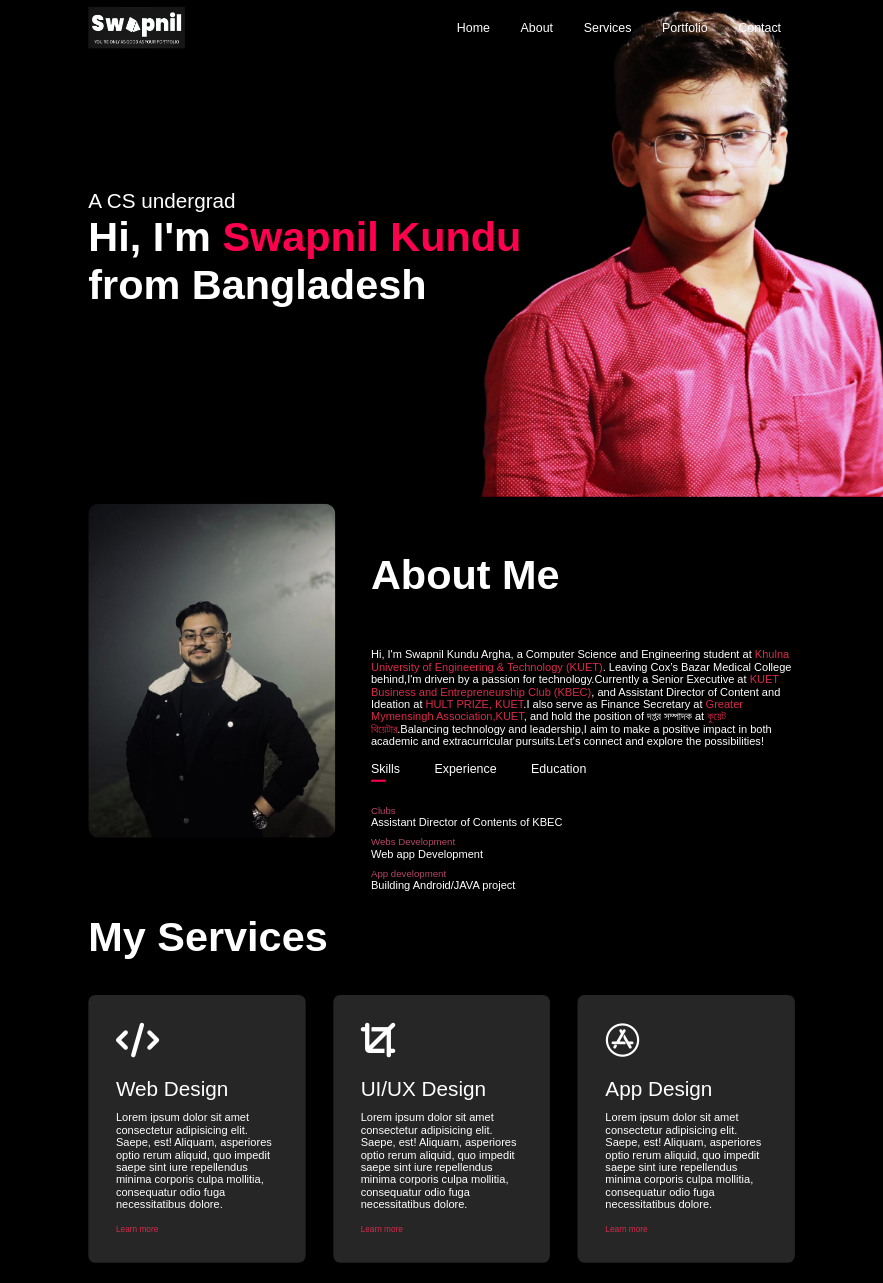
Repository: SwapnilKundu/portfolio
Page: index.html
These files come from the project's save history. The page is drawn as it stood at one moment and after the next save; the edit follows.
The browser window is 1280 px wide. The pictures show the whole page, at 69% of full size.
Some web libraries are served in a nearby version.

Above is the page before, as saved 2024-01-20 10:29:27.

### index.html
<!DOCTYPE html>
<html lang="en">
<head>
    <meta charset="UTF-8">
    <meta name="viewport" content="width=device-width, initial-scale=1.0">
    <title>Personal Portfolio Website</title>
    <link rel="stylesheet" href="style.css">
    <script src="https://kit.fontawesome.com/74456a4746.js" crossorigin="anonymous"></script>
</head>
<body>
  <div id="header">
    <div class="container">
        <nav>
            <img src="images/logo1.png" class="logo" width="40" height="60">
            <ul>
                <li><a href ="#">Home</a></li>
                <li><a href ="#">About</a></li>
                <li><a href ="#">Services</a></li>
                <li><a href ="#">Portfolio</a></li>
                <li><a href ="#">Contact</a></li>
            </ul>
        </nav>
        <div class="header-text">
            <p>A CS undergrad </p>
            <h1>Hi, I'm <span>Swapnil Kundu</span> <br> from Bangladesh</h1>
        </div>
    </div>
  </div>





  <div id="about">
    <div class="container">
        <div class="row">
            <div class="about-col-1">
                <img src="images/Aboutme4.jpg" alt="Profile Image">
            </div>
            <div class="about-col-2">
                <h1 class="sub-title"><br>About Me</h1>
                <p>
                    <br><br><br><br>Hi, I'm Swapnil Kundu Argha, a Computer Science and Engineering student at <a href="http://www.kuet.ac.bd/" target="_blank">Khulna University of Engineering & Technology (KUET)</a>. Leaving Cox’s Bazar Medical College behind,I'm driven by a passion for technology.Currently a Senior Executive at <a href="https://www.facebook.com/KBEC.official">KUET Business and Entrepreneurship Club (KBEC)</a>, and Assistant Director of Content and Ideation at <a href="https://scontent.fjsr8-1.fna.fbcdn.net/v/t39.30808-6/414475463_878653704262850_605489790676270348_n.jpg?_nc_cat=106&ccb=1-7&_nc_sid=dd5e9f&_nc_eui2=AeG7qaCzWQGluZMTMKWtrD6ipcnI0dawWuilycjR1rBa6PLkHzdtJERiOyrmRQaxy3TT_q5vz9qIQ5m4l8xfiGP6&_nc_ohc=qg8Pu4EAUVYAX9avaA_&_nc_ht=scontent.fjsr8-1.fna&oh=00_AfBZ6Lqa5248mqS64WxhR3KxGRhN1UCrqkgUgA0V5dsZlw&oe=65AF45DF">HULT PRIZE, KUET</a>.I also serve as Finance Secretary at <a href="#link-to-GMA">Greater Mymensingh Association,KUET</a>, and hold the position of দপ্তর সম্পাদক at <a href="#link-to-theater">কুয়েট থিয়েটার</a>.Balancing technology and leadership,I aim to make a positive impact in both academic and extracurricular pursuits.Let's connect and explore the possibilities!
                </p>

                <div class="tab-titles">
                    <p class="tab-links active" onclick="opentab('skills')">Skills</p>
                    <p class="tab-links" onclick="opentab('experience')">Experience</p>
                    <p class="tab-links"onclick="opentab('education')">Education</p>
            </div>
            <div class="tab-contents active-tab"id ="skills">
                <ul>
                    <li><span>Clubs</span><br>Assistant Director of Contents of KBEC</li>
                    <li><span>Webs Development</span><br>Web app Development</li>
                    <li><span>App development</span><br>Building Android/JAVA project</li>
                </ul>
            </div>
            <div class="tab-contents" id ="experience">
                <ul>
                    <li><span>2022-Current</span><br>An Active member of KBEC</li>
                    <li><span>2023-Semester 2.2</span><br>App Development by JAVA</li>
                    <li><span>2024-Semester 3.1</span><br>Web Development by HTML,CSS,JAVA</li>
                    <li><span>2022-Current</span><br>An Active member of KBEC</li>

                </ul>
            </div>

            <div class="tab-contents" id ="education">
                <ul>
                    <li><span>2018</span><br>SSC from Mymensingh Zilla School,Mymensingh</li>
                        <li><span>2020</span><br>HSC from Ananda Mohan College,Mymensingh</li>
                        <li><span>From March,2022</span><br>Currently studying BSc in CSE department</li>
                </ul>
            </div>
        </div>
    </div>
  </div>




  <div id="Services">
    <div class ="container">
    <h1 class="sub-title">My Services</h1>
    <div class ="services-list">

        <div>
            <i class="fa-solid fa-code"></i>
            <h2>
                Web Design
            </h2>
            <p>Lorem ipsum dolor sit amet consectetur adipisicing elit. Saepe, est! Aliquam, asperiores optio rerum aliquid, quo impedit saepe sint iure repellendus minima corporis culpa mollitia, consequatur odio fuga necessitatibus dolore.

            </p>
            <a href="#">Learn more</a>
        </div>
        <div>
            <i class="fa-solid fa-crop"></i>
            <h2>
                UI/UX Design
            </h2>
            <p>Lorem ipsum dolor sit amet consectetur adipisicing elit. Saepe, est! Aliquam, asperiores optio rerum aliquid, quo impedit saepe sint iure repellendus minima corporis culpa mollitia, consequatur odio fuga necessitatibus dolore.

            </p>
            <a href="#">Learn more</a>
        </div>
        <div>
            <i class="fa-brands fa-app-store"></i>
            <h2>

                App Design
            </h2>
            <p>Lorem ipsum dolor sit amet consectetur adipisicing elit. Saepe, est! Aliquam, asperiores optio rerum aliquid, quo impedit saepe sint iure repellendus minima corporis culpa mollitia, consequatur odio fuga necessitatibus dolore.

            </p>
            <a href="#">Learn more</a>
        </div>
        </div>
    </div>
  </div>




<div id="portfolio">
    <div class="container">
        <h1 class="sub-title"></h1>
    </div>
</div>


  <script>
    var tablinks = document.querySelectorAll(".tab-links");
    var tabcontents = document.querySelectorAll(".tab-contents");

    function opentab(tabname) {
        for (tablink of tablinks) {
            tablink.classList.remove("active-link");
        }

        for (tabcontent of tabcontents) {
            tabcontent.classList.remove("active-tab");
        }

        var activeTab = document.getElementById(tabname);
        activeTab.classList.add("active-tab");

        var activeLink = document.querySelector(`.tab-links[data-tab="${tabname}"]`);
        activeLink.classList.add("active-link");
    }
</script>

</body>
</html>

### style.css
*
{
    margin: 0;
    padding: 0;
    font-family: 'Poppins',sans-serif;
    box-sizing: border-box;
}

body
{
    background: #000;
    color: #fff;
}
#header
{
    width: 100%;
    height: 100vh;
    background-image: url(images/ccc2.png);
    background-size: cover;
    background-position: left;
    background-repeat: no-repeat;
    overflow: hidden;
}
.container
{
padding: 10px 10%;
}
nav{
    display: flex;
    align-items: center;
    justify-content: space-between;
    flex-wrap: wrap;
}
.logo{
    width: 140px;
}

nav ul li{
    display:inline-block;
    list-style: none;
    margin: 10px 20px;

}
nav ul li a{
    color: #fff;
    text-decoration:none ;
    font-size: 18px;
    position: relative;
}

nav ul li a::after
{
    content: '';
    width:0;
    height:3px;
    background:#ff004f;
    position: absolute;
    left: 0;
    bottom: -6px;
    transition: 0.5s;

}
nav ul li a:hover::after
{
    width:100%;
}
.header-text{
    margin-top: 20%;
    font-size: 30px;
}
.header-text h1
{
    font-size:60px;
}
.header-text h1 span
{
    color:#ff004f;
}

#about a {
    color: #db2a4a;
    text-decoration: none;
}

#about a:hover {
    color: #ababab;
}
.row
{
    display: flex;
    justify-content: space-between;
    flex-wrap: wrap;
}

.about-col-1{
    flex-basis:35%;
}
.about-col-1 img
{
    width: 100%;
    border-radius: 15px;
}

.about-col-2
{
    flex-basis: 60%;
}

.sub-title
{
    font-size:60px;
    font-weight:600;
    color:#fff;
}

.tab-titles {
    display: flex;
    margin: 20px 0 40px;
}

.tab-links {
    margin-right: 50px;
    font-size: 18px;
    font-weight: 500;
    cursor: pointer;
    position: relative;
    color: #fff;
    text-decoration: none;
    transition: color 0.5s;
}

.tab-links::after {
    content: '';
    width: 0;
    height: 3px;
    background: #ff004f;
    position: absolute;
    left: 0;
    bottom: -8px;
    transition: 0.5s;
}

.tab-links:hover {
    color: #ff004f; /* Change the color on hover */
}

.tab-links.active::after {
    width: 50%;
}
.tab-contents ul li
{
    list-style:none;
    margin:10px 0;
}
.tab-contents ul li span
{
    color:#b54769;
    font-size: 14px;
}
.tab-contents
{
    display: none;
}
.tab-contents.active-tab
{
    display: block;
}




#services-list
{

    padding :30px 0;
}
.services-list
{
    display:grid;
    grid-template-columns: repeat(auto-fit,minmax(250px, 1fr));
    grid-gap:40px;
    margin-top: 50px;
}
.services-list div{
    background:#262626;
    padding: 40px;
    font: size 13px;
    font-weight: 300;
    border-radius:10px;
    transition: background 0.5s,transform 0.5s;
}
.services-list div i
{
    font-size: 50px;
    margin-bottom: 30px;
}
.services-list div h2
{
    font-size:  30px;
    font-weight: 500;
    margin-bottom:15px;

}
.services-list div a{
    text-decoration: none;
    color:#fff;
    font-size: 12px;
    margin-top: 20px;
    display: inline-block;
}
.services-list div:hover
{
    background:#ff004f;
    transform: translateY(-10px);
}

After the next save:
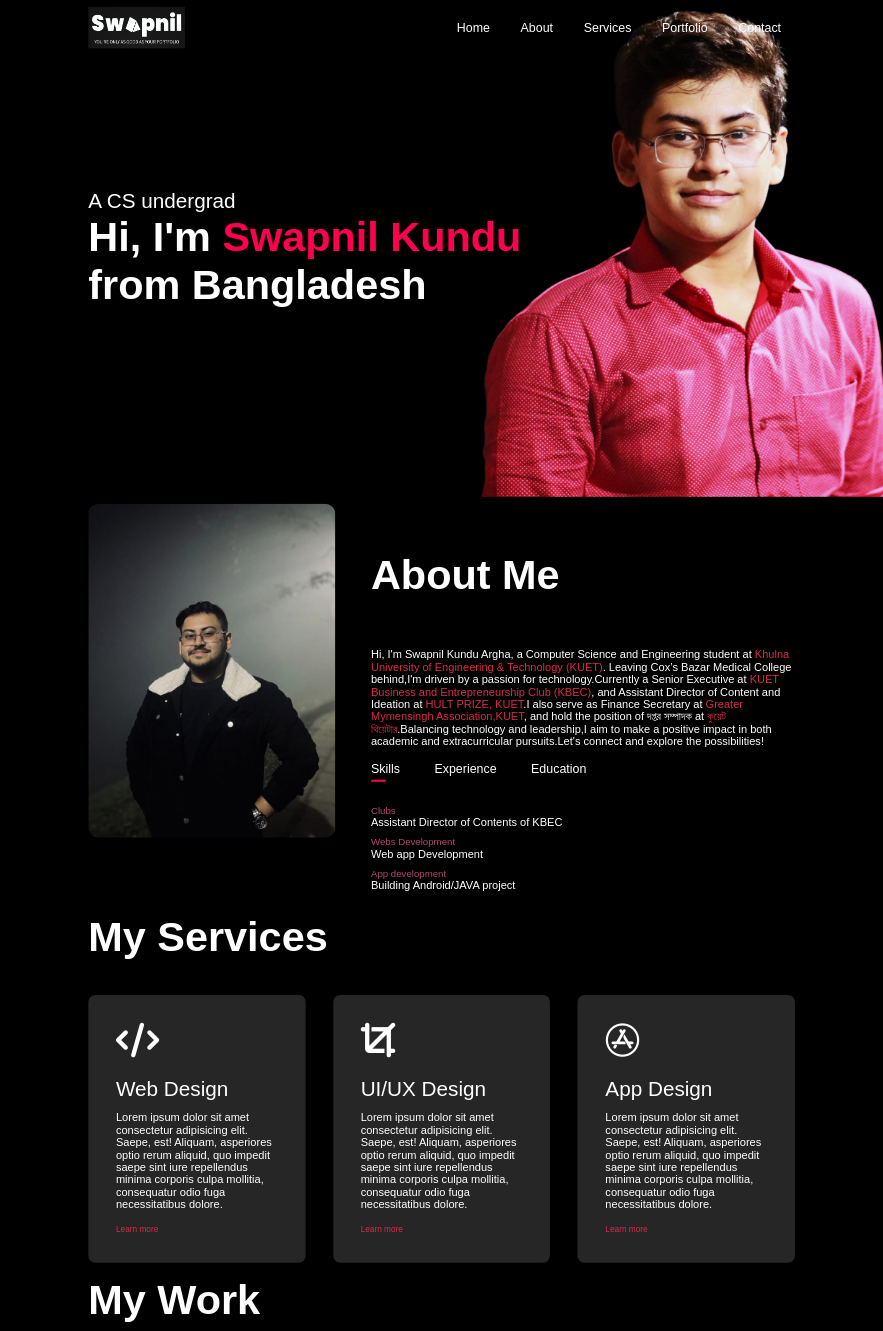
Saved 4 s later.
--- a/index.html
+++ b/index.html
@@ -124,7 +124,7 @@
 
 <div id="portfolio">
     <div class="container">
-        <h1 class="sub-title"></h1>
+        <h1 class="sub-title">My Work</h1>
     </div>
 </div>
 
